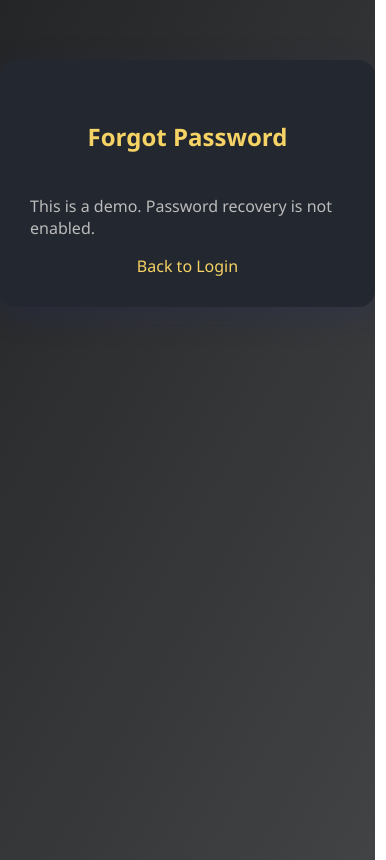
Repository: lowluds/auth-flask
Page: http://localhost/forgot
An editor plug-in stored every save of this project. The page is shown before and after the next save, followed by the edit.
The browser window is 375 px wide. The page is 375 px wide, then 386 px, so the pictures cover 386 px, including what lies to the right of the window. The pictures show the whole page.
The page is served by the project's application, run on Flask 3 (login.py).

Above is the page before, as saved 2025-07-10 21:05:44.

### templates/forgot.html
<!DOCTYPE html>
<html lang="en">
<head>
    <meta charset="UTF-8">
    <meta name="viewport" content="width=device-width, initial-scale=1.0">
    <title>Forgot Password</title>
    <link rel="stylesheet" href="{{ url_for('static', filename='register.css') }}">
    <link rel="stylesheet" href="{{ url_for('static', filename='error.css') }}">
</head>
<body>
    <div class="login-container">
        <h2>Forgot Password</h2>
        <p>This is a demo. Password recovery is not enabled.</p>
        <a href="{{ url_for('login') }}">Back to Login</a>
    </div>
</body>
</html>

### login.py
from flask import Flask, render_template, request, redirect, url_for, session, flash
from werkzeug.security import check_password_hash
from werkzeug.security import generate_password_hash
import json

app = Flask (__name__)
app.secret_key = '123abc456'  # Change this to a secure random value

@app.route('/')
def home():
    return redirect(url_for('login'))

# Login
@app.route('/login', methods=['GET', 'POST'])
def login():
    if request.method == 'POST':
        # Get form input
        username = request.form['username']
        password = request.form['password']

        # Load users from JSON
        with open('users/userDB.json', 'r') as file:
            data = json.load(file)

        # Look for user
        for user in data['users']:
            if user['username'] == username:
                # Check hashed password
                if check_password_hash(user['password'], password):
                    session['username'] = username
                    session['group'] = user['group']
                    session.pop('show_forgot', None)

                    # Redirect based on group
                    if user['group'] == 'admin':
                        return redirect(url_for('admin'))
                    else:
                        return redirect(url_for('dashboard'))

                flash("Incorrect password", "error")
                session['show_forgot'] = True
                return redirect(url_for('login'))

        flash("Username or password not found", "error")
        session.pop('show_forgot', None)
        return redirect(url_for('login'))

    show_forgot = session.pop('show_forgot', False)
    return render_template('login.html', show_forgot=show_forgot)

# Register
@app.route('/register', methods=['GET', "POST"])
def register():
    if request.method == 'POST':
        username = request.form['username']
        password = request.form['password']
        group = "user"

        # Load existing users
        with open('users/userDB.json', 'r') as file:
            data = json.load(file)

        # Check for duplicate username
        for user in data['users']:
            if user['username'] == username:
                flash("Username already exists. Please choose another.", "error")
                return redirect(url_for('register'))

        # Hash the password
        hashed_password = generate_password_hash(password)

        # Add new user to userDB.json
        data['users'].append({
            'username': username,
            'password': hashed_password,
            'group'   : group
        })

        # Save the updated user to userDB.json
        with open('users/userDB.json', "w") as file:
            json.dump(data, file, indent=4)

        flash("You are registered! Please log in.", "success")
        return redirect(url_for('login'))

    # Only runs for GET requests
    return render_template('register.html')

# Forgot Password
@app.route('/forgot')
def forgot_password():
    return render_template('forgot.html')

# Dashboard
@app.route('/dashboard')
def dashboard():
    # Check if user is logged in
    if 'username' in session:
        return render_template('dashboard.html')
    else:
        return redirect(url_for('login'))
# Admin dashboard
@app.route('/admin')
def admin():
    if 'username' in session:
        if session.get('group') == 'admin':
            return render_template('admin.html')
        else:
            return "You are logged in, but not authorized to view this page"
    else:
        return redirect(url_for('login'))

# Logout
@app.route('/logout')
def logout():
    session.pop('username', None)
    return redirect(url_for('login'))

if __name__ == '__main__':
    app.run(debug=True)

### static/register.css
/* Modern dark theme for all pages */
body {
    background: linear-gradient(120deg, #232526 0%, #414345 100%);
    font-family: 'Segoe UI', Tahoma, Geneva, Verdana, sans-serif;
    margin: 0;
    padding: 0;
    min-height: 100vh;
    color: #f3f3f3;
}

/* Shared container style for login and register */
.login-container, .register-container {
    background: #23272f;
    max-width: 400px;
    margin: 60px auto;
    padding: 40px 30px 30px 30px;
    border-radius: 16px;
    box-shadow: 0 8px 32px 0 rgba(31, 38, 135, 0.18);
    display: flex;
    flex-direction: column;
    align-items: center;
}

.login-container h2, .register-container h2 {
    margin-bottom: 24px;
    color: #f6d365;
    font-weight: 600;
}

.login-container form, .register-container form {
    width: 100%;
    display: flex;
    flex-direction: column;
}

.login-container label, .register-container label {
    margin-bottom: 6px;
    color: #f3f3f3;
    font-size: 1rem;
}

.login-container input,
.login-container select,
.register-container input,
.register-container select {
    padding: 10px 12px;
    margin-bottom: 18px;
    border: 1px solid #444;
    border-radius: 8px;
    font-size: 1rem;
    background: #2c2f36;
    color: #f3f3f3;
    transition: border 0.2s, background 0.2s;
}

.login-container input:focus,
.login-container select:focus,
.register-container input:focus,
.register-container select:focus {
    border: 1.5px solid #f6d365;
    outline: none;
    background: #23272f;
}

.login-container button, .register-container button {
    background: linear-gradient(90deg, #f6d365 0%, #fda085 100%);
    color: #232526;
    border: none;
    border-radius: 8px;
    padding: 12px;
    font-size: 1.1rem;
    font-weight: 600;
    cursor: pointer;
    transition: background 0.2s, color 0.2s;
    margin-top: 8px;
}

.login-container button:hover, .register-container button:hover {
    background: linear-gradient(90deg, #fda085 0%, #f6d365 100%);
    color: #232526;
}

.login-container p, .register-container p {
    margin-top: 18px;
    color: #bbb;
    font-size: 1rem;
}

.login-container a, .register-container a {
    color: #f6d365;
    text-decoration: none;
    font-weight: 500;
    transition: color 0.2s;
}

.login-container a:hover, .register-container a:hover {
    color: #fda085;
}

.forgot-link {
    font-size: 0.98rem;
    color: #f6d365;
    text-align: right;
    display: block;
    margin: -10px 0 10px 0;
}

.forgot-link:hover {
    color: #fda085;
    text-decoration: underline;
}

### static/error.css
/* Modern error style for login and form input errors */
.input-error {
    background: none;
    color: #ff0000;
    padding: 0;
    border-radius: 0;
    margin: 14px 0 18px 0;
    font-weight: 600;
    text-align: center;
    box-shadow: none;
    letter-spacing: 0.7px;
    font-size: 1.08rem;
    border: none;
    text-shadow: none;
    max-width: 400px;
    width: 90%;
    margin-left: auto;
    margin-right: auto;
}
@keyframes fadeOut {
  0% { opacity: 0.98; transform: translateY(0); }
  80% { opacity: 0.98; }
  100% { opacity: 0; transform: translateY(-20px); pointer-events: none; }
}

After the next save:
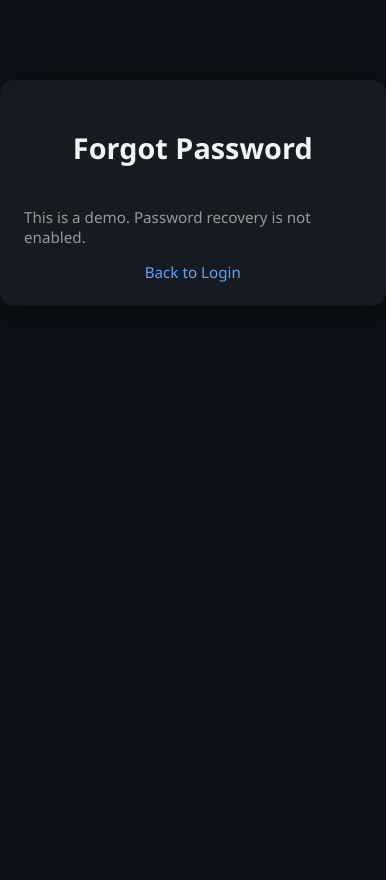
Saved 41 min 25 s later.
--- a/static/register.css
+++ b/static/register.css
@@ -1,111 +1,125 @@
-/* Modern dark theme for all pages */
+/* Global dark theme */
 body {
-    background: linear-gradient(120deg, #232526 0%, #414345 100%);
+    background: #0d1117;
     font-family: 'Segoe UI', Tahoma, Geneva, Verdana, sans-serif;
     margin: 0;
     padding: 0;
+    color: #f5f5f5;
     min-height: 100vh;
-    color: #f3f3f3;
 }
 
-/* Shared container style for login and register */
-.login-container, .register-container {
-    background: #23272f;
-    max-width: 400px;
-    margin: 60px auto;
-    padding: 40px 30px 30px 30px;
-    border-radius: 16px;
-    box-shadow: 0 8px 32px 0 rgba(31, 38, 135, 0.18);
+/* Centered containers for login/register/dashboard */
+.login-container,
+.register-container,
+.dashboard-container,
+.admin-dashboard-container {
+    background: #161b22;
+    max-width: 420px;
+    margin: 80px auto;
+    padding: 40px 30px;
+    border-radius: 14px;
+    box-shadow: 0 8px 32px rgba(0, 0, 0, 0.4);
     display: flex;
     flex-direction: column;
     align-items: center;
 }
 
-.login-container h2, .register-container h2 {
+/* Headings */
+.login-container h2,
+.register-container h2,
+.dashboard-container h2,
+.admin-dashboard-container h2 {
+    color: #f5f5f5;
     margin-bottom: 24px;
-    color: #f6d365;
     font-weight: 600;
+    font-size: 1.8rem;
 }
 
-.login-container form, .register-container form {
+/* Forms */
+form {
     width: 100%;
     display: flex;
     flex-direction: column;
 }
 
-.login-container label, .register-container label {
+/* Labels */
+label {
     margin-bottom: 6px;
-    color: #f3f3f3;
-    font-size: 1rem;
+    color: #ddd;
+    font-size: 0.95rem;
 }
 
-.login-container input,
-.login-container select,
-.register-container input,
-.register-container select {
-    padding: 10px 12px;
-    margin-bottom: 18px;
-    border: 1px solid #444;
+/* Inputs */
+input,
+select {
+    padding: 12px;
+    margin-bottom: 16px;
+    border: 1px solid #30363d;
     border-radius: 8px;
+    background-color: #0d1117;
+    color: #f5f5f5;
     font-size: 1rem;
-    background: #2c2f36;
-    color: #f3f3f3;
-    transition: border 0.2s, background 0.2s;
+    transition: border 0.2s, background-color 0.2s;
 }
 
-.login-container input:focus,
-.login-container select:focus,
-.register-container input:focus,
-.register-container select:focus {
-    border: 1.5px solid #f6d365;
+input:focus,
+select:focus {
+    border: 1.5px solid #1f6feb;
     outline: none;
-    background: #23272f;
+    background-color: #161b22;
 }
 
-.login-container button, .register-container button {
-    background: linear-gradient(90deg, #f6d365 0%, #fda085 100%);
-    color: #232526;
+/* Buttons */
+button {
+    background-color: #1f6feb;
+    color: #fff;
     border: none;
     border-radius: 8px;
     padding: 12px;
-    font-size: 1.1rem;
+    font-size: 1rem;
     font-weight: 600;
     cursor: pointer;
-    transition: background 0.2s, color 0.2s;
-    margin-top: 8px;
+    transition: background-color 0.3s;
+    margin-top: 12px;
 }
 
-.login-container button:hover, .register-container button:hover {
-    background: linear-gradient(90deg, #fda085 0%, #f6d365 100%);
-    color: #232526;
+button:hover {
+    background-color: #1158c7;
 }
 
-.login-container p, .register-container p {
-    margin-top: 18px;
-    color: #bbb;
-    font-size: 1rem;
+/* Links */
+a {
+    color: #58a6ff;
+    text-decoration: none;
+    font-weight: 500;
+    font-size: 0.95rem;
 }
 
-.login-container a, .register-container a {
-    color: #f6d365;
-    text-decoration: none;
-    font-weight: 500;
-    transition: color 0.2s;
+a:hover {
+    color: #1f6feb;
+    text-decoration: underline;
 }
 
-.login-container a:hover, .register-container a:hover {
-    color: #fda085;
+/* Paragraphs */
+p {
+    margin-top: 16px;
+    color: #999;
+    font-size: 0.95rem;
 }
 
+/* Forgot Password */
 .forgot-link {
-    font-size: 0.98rem;
-    color: #f6d365;
-    text-align: right;
-    display: block;
-    margin: -10px 0 10px 0;
+    text-align: center;
+    margin-bottom: 10px;
 }
 
-.forgot-link:hover {
-    color: #fda085;
-    text-decoration: underline;
+/* Responsive */
+@media (max-width: 600px) {
+    .login-container,
+    .register-container,
+    .dashboard-container,
+    .admin-dashboard-container {
+        width: 90%;
+        padding: 24px;
+    }
 }
